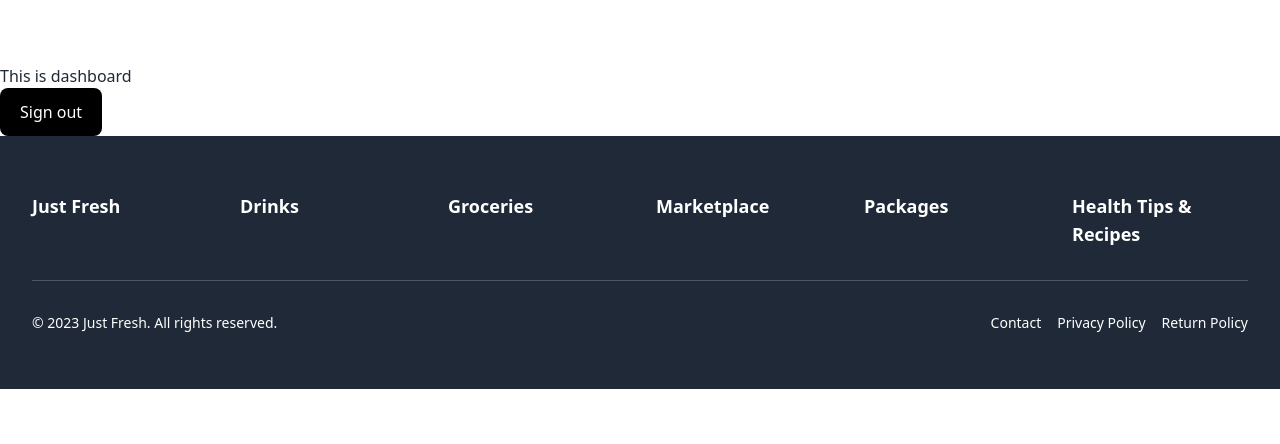
Repository: buzzedison/justfreshnew
Page: /dashboard
An editor plug-in stored every save of this project. The page is shown before and after a run of saves, followed by the edit.
The browser window is 1280 px wide. The pictures show the whole page.
The project was rebuilt for these pictures with package versions that can differ from the ones it lists, and the page was loaded fresh each time. The framework's server and built-in components were replaced by stand-ins that run in the browser. Also part of the build but not shown: svelte.config.js, vite.config.js.

Above is the page before, as saved 2023-04-05 09:05:19.

### src/routes/+layout.svelte
<script>
  import "../app.css";

  import Navbar from "../components/Navbar.svelte";
  import Footer from "../components/Footer.svelte";
</script>

<div>
  <Navbar />
  <slot />
  <Footer />
</div>

### src/routes/dashboard/+page.svelte
<script>
  import { authHandlers } from "$stores/store.js";

  async function handleSignOut() {
    try {
      await authHandlers.logout();
      // Redirect or perform any other action after signing out
    } catch (error) {
      console.error("Error signing out:", error);
    }
  }
</script>

<div>
  <h1>This is dashboard</h1>

  <button
    class="bg-black py-3 px-5 text-white rounded-lg"
    on:click={handleSignOut}>Sign out</button
  >
</div>

### src/components/Navbar.svelte
<!-- src/components/Navbar.svelte -->
<!-- <nav class="bg-white shadow-sm">
  <div class="container mx-auto px-4">
    <div class="flex items-center justify-between py-4">
      <div class="text-2xl font-bold text-orange-600">Just Fresh</div>
      <ul class="flex items-center space-x-4 text-gray-700">
        <li>
          <a href="/" class="hover:text-orange-600"> About </a>
        </li>
        <li>
          <a href="/juices" class="hover:text-orange-600"> Drinks </a>
        </li>
        <li>
          <a href="/groceries" class="hover:text-orange-600"> Groceries </a>
        </li>
        <li>
          <a href="/marketplace" class="hover:text-orange-600"> Marketplace </a>
        </li>
        <li>
          <a href="/packages" class="hover:text-orange-600"> Packages </a>
        </li>
        <li>
          <a href="/contact" class="hover:text-orange-600">
            Health Tips & Recipes
          </a>
        </li>
      </ul>
    </div>
  </div>
</nav> -->

<script>
  import { onMount } from "svelte";

  onMount(() => {
    // Your JavaScript code for the component goes here, if needed
  });
</script>

<div class="navbar bg-base-100">
  <div class="navbar-start">
    <div class="dropdown">
      <button class="btn btn-ghost lg:hidden">
        <svg
          xmlns="http://www.w3.org/2000/svg"
          class="h-5 w-5"
          fill="none"
          viewBox="0 0 24 24"
          stroke="currentColor"
          ><path
            stroke-linecap="round"
            stroke-linejoin="round"
            stroke-width="2"
            d="M4 6h16M4 12h8m-8 6h16"
          /></svg
        >
      </button>
      <ul
        class="menu menu-compact dropdown-content mt-3 p-2 shadow bg-base-100 rounded-box w-52"
      >
        <li><a href="/">Item 1</a></li>
        <li>
          <button class="justify-between w-full text-left">
            Parent
            <svg
              class="fill-current"
              xmlns="http://www.w3.org/2000/svg"
              width="24"
              height="24"
              viewBox="0 0 24 24"
              ><path
                d="M8.59,16.58L13.17,12L8.59,7.41L10,6L16,12L10,18L8.59,16.58Z"
              /></svg
            >
          </button>
          <ul class="p-2">
            <li><a href="/">Submenu 1</a></li>
            <li><a href="/">Submenu 2</a></li>
          </ul>
        </li>
        <li><a href="/">Item 3</a></li>
      </ul>
    </div>
  </div>
  <!-- Rest of the code -->
</div>

<style>
  /* Add any component-specific styles here */
</style>

### src/components/Footer.svelte
<script>
  // You can add any necessary script here
</script>

<footer class="bg-gray-800 text-white px-8 py-14">
  <div class="container mx-auto">
    <div class="grid grid-cols-1 md:grid-cols-6 gap-8 mb-8">
      <div class="font-semibold text-lg">Just Fresh</div>
      <div class="font-semibold text-lg">Drinks</div>
      <div class="font-semibold text-lg">Groceries</div>
      <div class="font-semibold text-lg">Marketplace</div>
      <div class="font-semibold text-lg">Packages</div>
      <div class="font-semibold text-lg">Health Tips & Recipes</div>
    </div>
    <hr class="border-gray-600" />
    <div class="flex flex-wrap justify-between mt-8 text-sm">
      <div>
        &copy; {new Date().getFullYear()} Just Fresh. All rights reserved.
      </div>
      <div class="flex flex-wrap gap-4 mt-4 md:mt-0">
        <a href="/contact" class="hover:text-gray-300">Contact</a>
        <a href="/privacy-policy" class="hover:text-gray-300">Privacy Policy</a>
        <a href="/return-policy" class="hover:text-gray-300">Return Policy</a>
      </div>
    </div>
  </div>
</footer>

<style>
  /* Add any necessary custom styles here */
</style>

### tailwind.config.cjs
/** @type {import('tailwindcss').Config} */
module.exports = {
  content: ['./src/**/*.{html,js,svelte,ts}'],
  daisyui: {
    themes: ["light", "dark", "cupcake", "bumblebee", "emerald", "corporate", "synthwave", "retro", "cyberpunk", "valentine", "halloween", "garden", "forest", "aqua", "lofi", "pastel", "fantasy", "wireframe", "black", "luxury", "dracula", "cmyk", "autumn", "business", "acid", "lemonade", "night", "coffee", "winter"],
    extend: {},

  },
  plugins: [require("daisyui")],
}

Loaded but not shown: src/app.html (common file); src/app.css (common file)

After the next 2 saves:
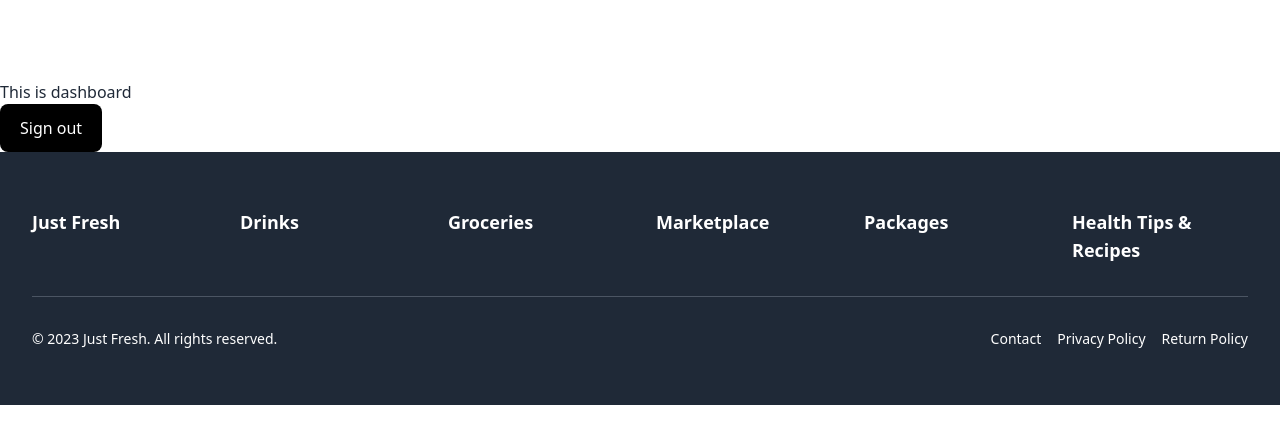
The 2 saves are shown as one change because 1 did not build or start.
The last was saved 4 min 40 s later.
--- a/src/components/Navbar.svelte
+++ b/src/components/Navbar.svelte
@@ -83,6 +83,53 @@
     </div>
   </div>
   <!-- Rest of the code -->
+  <div class="navbar bg-base-100">
+    <div class="navbar-start">
+      <div class="dropdown">
+        <button class="btn btn-ghost lg:hidden">
+          <svg
+            xmlns="http://www.w3.org/2000/svg"
+            class="h-5 w-5"
+            fill="none"
+            viewBox="0 0 24 24"
+            stroke="currentColor"
+            ><path
+              stroke-linecap="round"
+              stroke-linejoin="round"
+              stroke-width="2"
+              d="M4 6h16M4 12h8m-8 6h16"
+            /></svg
+          >
+        </button>
+        <ul
+          class="menu menu-compact dropdown-content mt-3 p-2 shadow bg-base-100 rounded-box w-52"
+        >
+          <li><a href="/">Item 1</a></li>
+          <li>
+            <button class="justify-between w-full text-left">
+              Parent
+              <svg
+                class="fill-current"
+                xmlns="http://www.w3.org/2000/svg"
+                width="24"
+                height="24"
+                viewBox="0 0 24 24"
+                ><path
+                  d="M8.59,16.58L13.17,12L8.59,7.41L10,6L16,12L10,18L8.59,16.58Z"
+                /></svg
+              >
+            </button>
+            <ul class="p-2">
+              <li><a href="/">Submenu 1</a></li>
+              <li><a href="/">Submenu 2</a></li>
+            </ul>
+          </li>
+          <li><a href="/">Item 3</a></li>
+        </ul>
+      </div>
+    </div>
+    <div class="flex items-center justify-between py-4" />
+  </div>
 </div>
 
 <style>

After the save that followed:
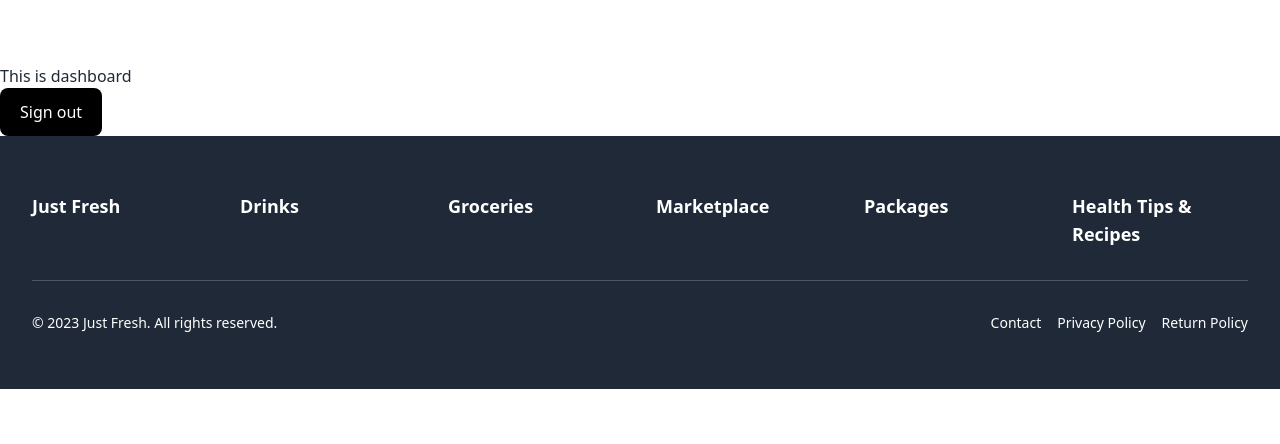
Saved 48 s later.
--- a/src/components/Navbar.svelte
+++ b/src/components/Navbar.svelte
@@ -83,53 +83,6 @@
     </div>
   </div>
   <!-- Rest of the code -->
-  <div class="navbar bg-base-100">
-    <div class="navbar-start">
-      <div class="dropdown">
-        <button class="btn btn-ghost lg:hidden">
-          <svg
-            xmlns="http://www.w3.org/2000/svg"
-            class="h-5 w-5"
-            fill="none"
-            viewBox="0 0 24 24"
-            stroke="currentColor"
-            ><path
-              stroke-linecap="round"
-              stroke-linejoin="round"
-              stroke-width="2"
-              d="M4 6h16M4 12h8m-8 6h16"
-            /></svg
-          >
-        </button>
-        <ul
-          class="menu menu-compact dropdown-content mt-3 p-2 shadow bg-base-100 rounded-box w-52"
-        >
-          <li><a href="/">Item 1</a></li>
-          <li>
-            <button class="justify-between w-full text-left">
-              Parent
-              <svg
-                class="fill-current"
-                xmlns="http://www.w3.org/2000/svg"
-                width="24"
-                height="24"
-                viewBox="0 0 24 24"
-                ><path
-                  d="M8.59,16.58L13.17,12L8.59,7.41L10,6L16,12L10,18L8.59,16.58Z"
-                /></svg
-              >
-            </button>
-            <ul class="p-2">
-              <li><a href="/">Submenu 1</a></li>
-              <li><a href="/">Submenu 2</a></li>
-            </ul>
-          </li>
-          <li><a href="/">Item 3</a></li>
-        </ul>
-      </div>
-    </div>
-    <div class="flex items-center justify-between py-4" />
-  </div>
 </div>
 
 <style>
